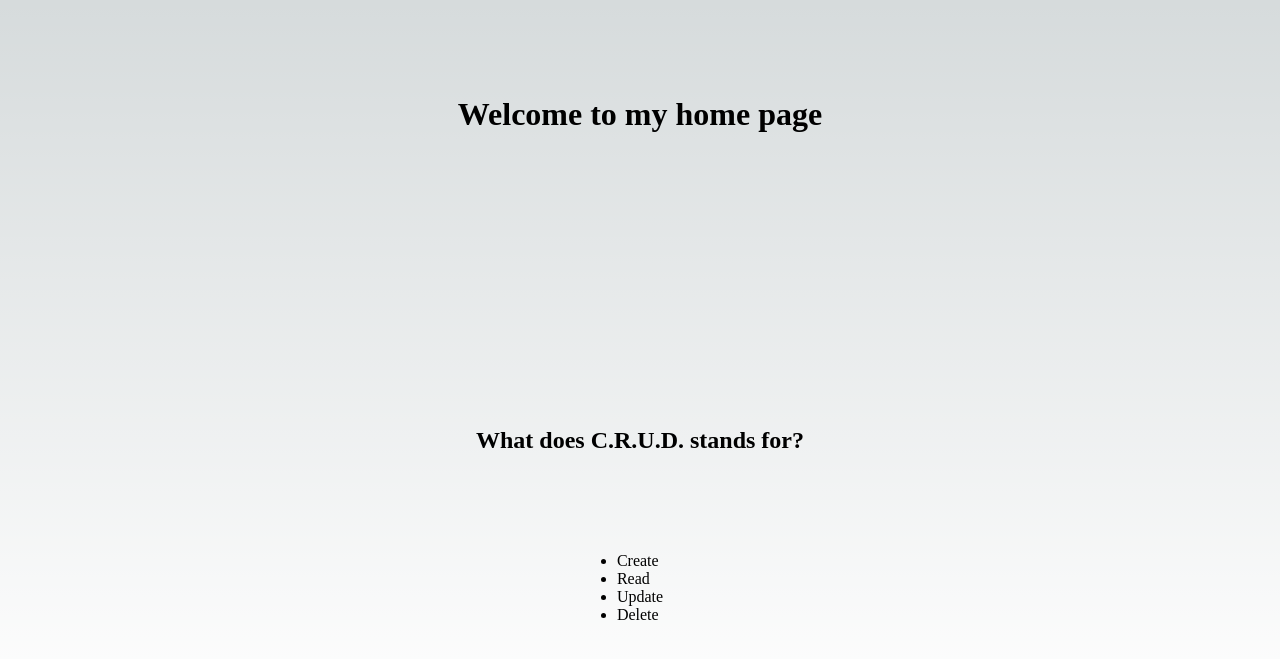
Repository: RonanKhalilOlaes/Week04
Page: /
The author's editor kept a copy of each file at every save. The page is drawn from the files as they stood at one save, then again after the next save.
The browser window is 1280 px wide. The pictures show the whole page.
The project was rebuilt for these pictures with package versions that can differ from the ones it lists, and the page was loaded fresh each time. The framework's server and built-in components were replaced by stand-ins that run in the browser. Also part of the build but not shown: next.config.js.

Above is the page before, as saved 2023-01-23 11:16:02.

After the next save:
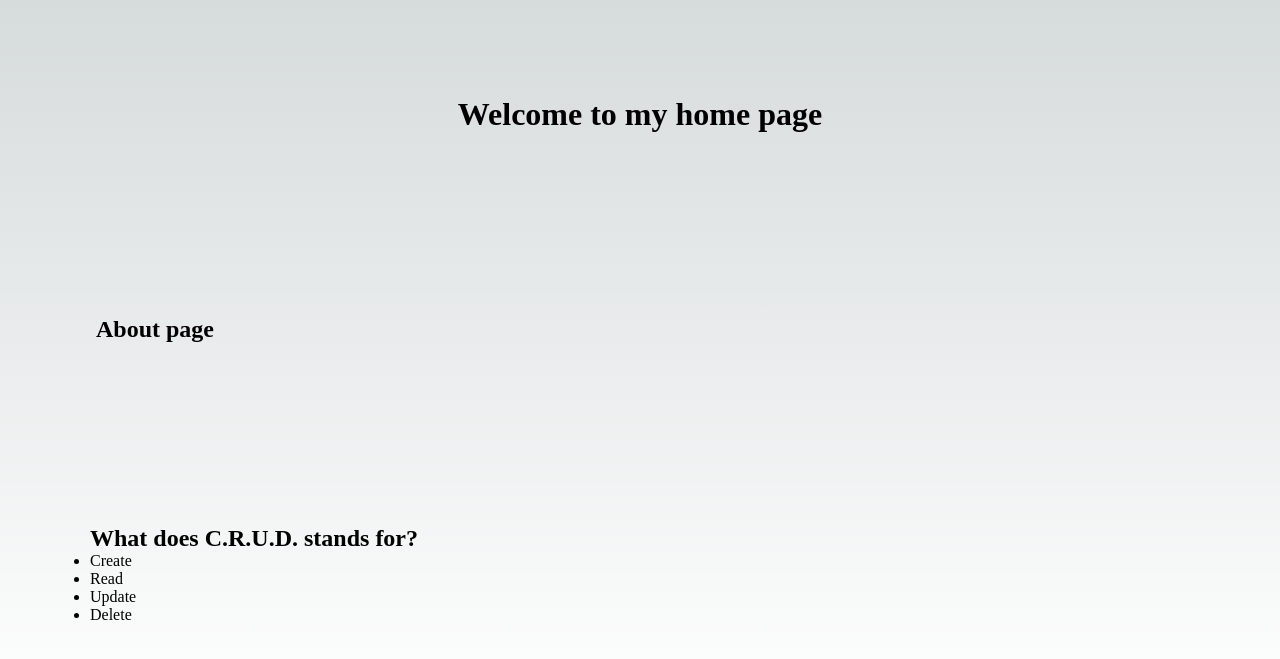
Saved 2 min 28 s later.
--- a/pages/index.js
+++ b/pages/index.js
@@ -2,6 +2,7 @@ import Head from 'next/head'
 import Image from 'next/image'
 import { Inter } from '@next/font/google'
 import styles from '@/styles/Home.module.css'
+import Link from 'next/link'
 
 const inter = Inter({ subsets: ['latin'] })
 
@@ -20,8 +21,11 @@ export default function Home() {
             Welcome to my home page
           </h1>
 
-            <div className={styles.grid}></div>
-              <div className={styles.grid_container} style={{display: "grid"}}></div>
+            <Link href="/about" className={styles.grid}>
+              <h2>About page</h2>
+            </Link>
+
+              <div className={styles.grid_container} style={{display: "grid"}}>
                 <h2>What does C.R.U.D. stands for?</h2>
             <ul>
               <li>Create</li>
@@ -29,7 +33,10 @@ export default function Home() {
               <li>Update</li>
               <li>Delete</li>
             </ul>
+            <div className={styles.grid}>
 
+            </div>
+            </div>
       </main>
     </>
   )
